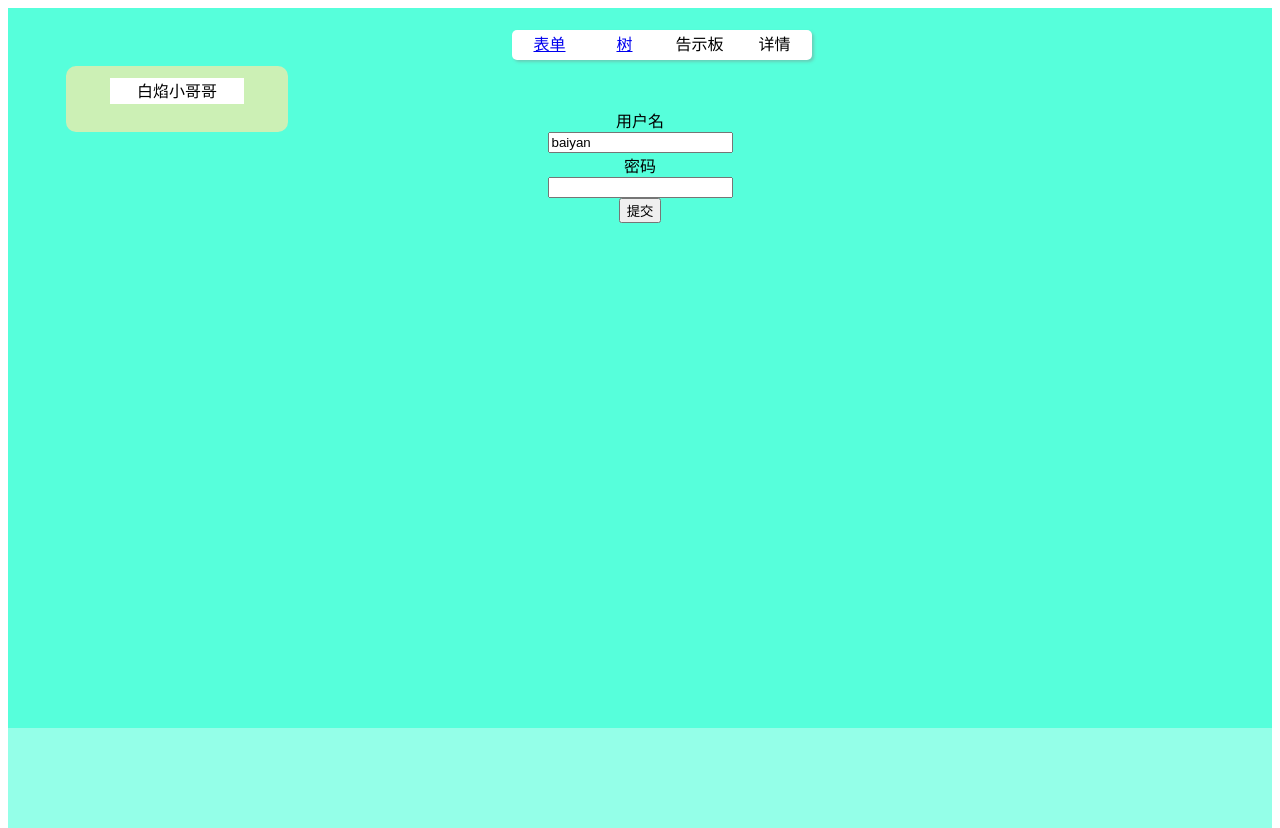
Repository: lxl0302/ClassBegin_-sound_code
Page: /#/kform
An editor plug-in stored every save of this project. The page is shown before and after the next save, followed by the edit.
The browser window is 1280 px wide. The pictures show the whole page.
The project was rebuilt for these pictures with package versions that can differ from the ones it lists, and the page was loaded fresh each time. Also part of the build but not shown: src/notice/KNotice.vue, src/tree/Item1.vue, src/tree/index1.vue, src/views/homepage.vue.

Above is the page before, as saved 2020-07-10 17:04:33.

After the next save:
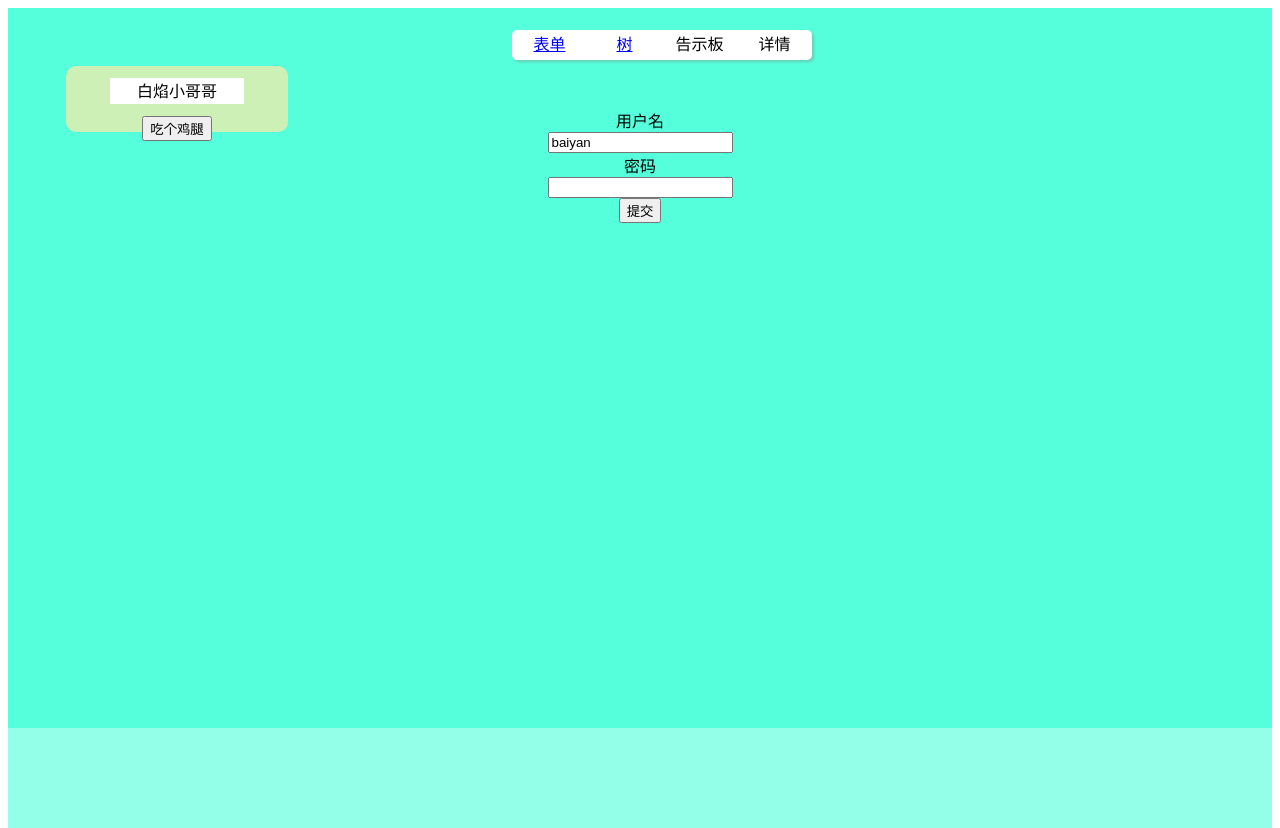
Saved 4 min 12 s later.
--- a/src/views/storeView.vue
+++ b/src/views/storeView.vue
@@ -3,6 +3,7 @@
     <div class="shichuang">
       {{this.$store.state.masterName}}
     </div>
+    <button>吃个鸡腿</button>
   </div>
 </template>
 
